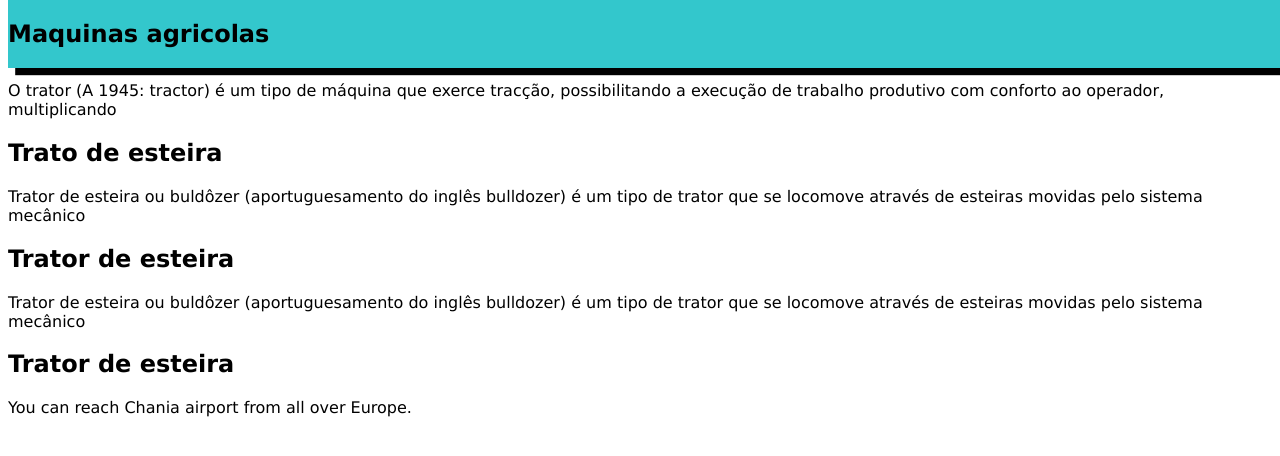
Repository: ecrseer/pesquisa-carros-html
Page: news.html
The author's editor kept a copy of each file at every save. The page is drawn from the files as they stood at one save, then again after the next save.
The browser window is 1280 px wide. The pictures show the whole page.

Above is the page before, as saved 2022-01-21 16:22:49.

### news.html
<!doctype html>

<html lang="pt-br">
  <html lang="pt-br">
    <head>
        <meta charset="UTF-8"/>
        <meta name="viewport" content="width=device-width,
        initial-scale=1.0"/>
        <meta http-equiv="X-UA-Compatible" content="ie=edge">
        <title>Vendarro LTDA</title>

  <link rel="stylesheet" href="news.css">

</head>

<body>
    <nav class="header">
        <h1>Maquinas agricolas</h1>

      </nav>
      <div class ="resto">
        <div class="row">


          <div class="col-6 col-s-9">
            <h1>Trator</h1>
            <p>O trator (A 1945: tractor) é um tipo de máquina que exerce tracção, possibilitando a execução de trabalho produtivo com conforto ao operador, multiplicando </p>
          </div>

          <div class="col-3 col-s-12">
            <div class="aside">
              <h2>Trato de esteira</h2>
              <p>Trator de esteira ou buldôzer (aportuguesamento do inglês bulldozer) é um tipo de trator que se locomove através de esteiras movidas pelo sistema mecânico</p>
              <h2>Trator de esteira</h2>
              <p>Trator de esteira ou buldôzer (aportuguesamento do inglês bulldozer) é um tipo de trator que se locomove através de esteiras movidas pelo sistema mecânico</p>
              <h2>Trator de esteira</h2>
              <p>You can reach Chania airport from all over Europe.</p>

            </div>
          </div>

        </div>


      </div>

  <script src="scripts.js"></script>

</body>
</html>

### news.css
* {
    box-sizing: border-box;
  }

  html {
    font-family: "Lucida Sans", sans-serif;
  }

  .header {
    background-color: #33c7cc;
    position: fixed;
    top:0;
    width: 100%;
    max-height: 21vh;
    box-shadow: 1vh 1vh;
  }

### scripts.js
function recurs(nmbr){

    if (nmbr==1)
    return 1;
    else
    arr.push(3*recurs(nmbr-1));
}

let
    isWhite = false,
    arr=[];
    let
    fixo=new Array(5);

    fixo[0]='E';
    fixo[4]='S';
    console.log(fixo);


function changeTheme(){
    isWhite ? document.querySelector("body").style.backgroundColor='#010101' :
    document.querySelector("body").style.backgroundColor='#fff';

    isWhite= !isWhite;

    function hapn(){
        console.log('data');
    }

    console.log(arr);
}

After the next save:
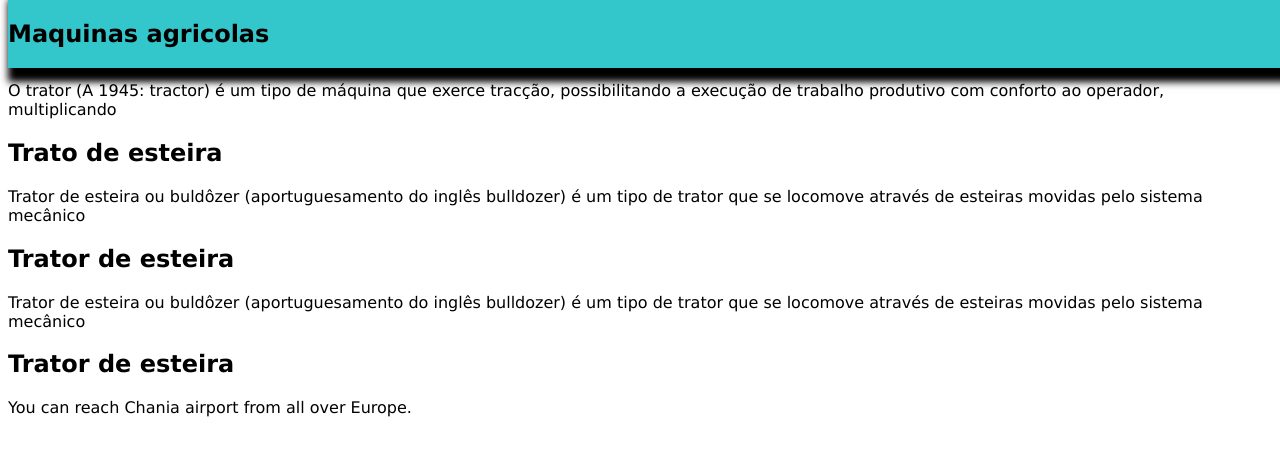
Saved 5 s later.
--- a/news.css
+++ b/news.css
@@ -12,5 +12,5 @@
     top:0;
     width: 100%;
     max-height: 21vh;
-    box-shadow: 1vh 1vh;
+    box-shadow: 1vh 1vh 1vh 1vh;
   }
